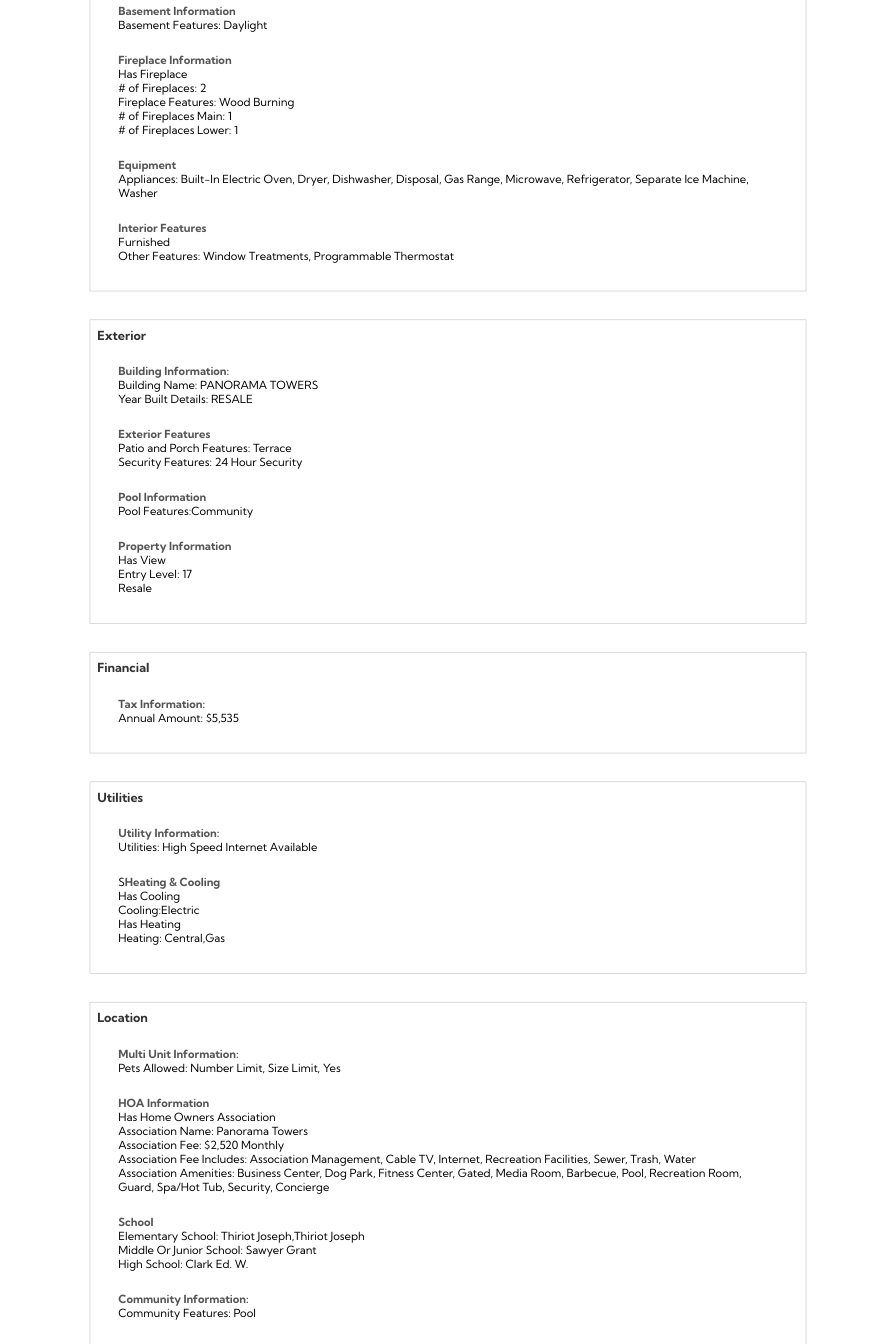
Repository: MrAllin1/ProgWWW_23_Gr1
Page: pages/House1.html
The author's editor kept a copy of each file at every save. The page is drawn from the files as they stood at one save, then again after the next save.
The browser window is 1280 px wide. The pictures show the part of the page from y = 2945 to 4865 px (the page is 5867 px tall before and 5797 px after), at 70% of full size.
A picture or video elsewhere on the page could not be fetched, so the positions and the page height are approximate. Some web libraries are served in a nearby version.

Above is the page before, as saved 2024-01-11 07:55:32.

After the next save:
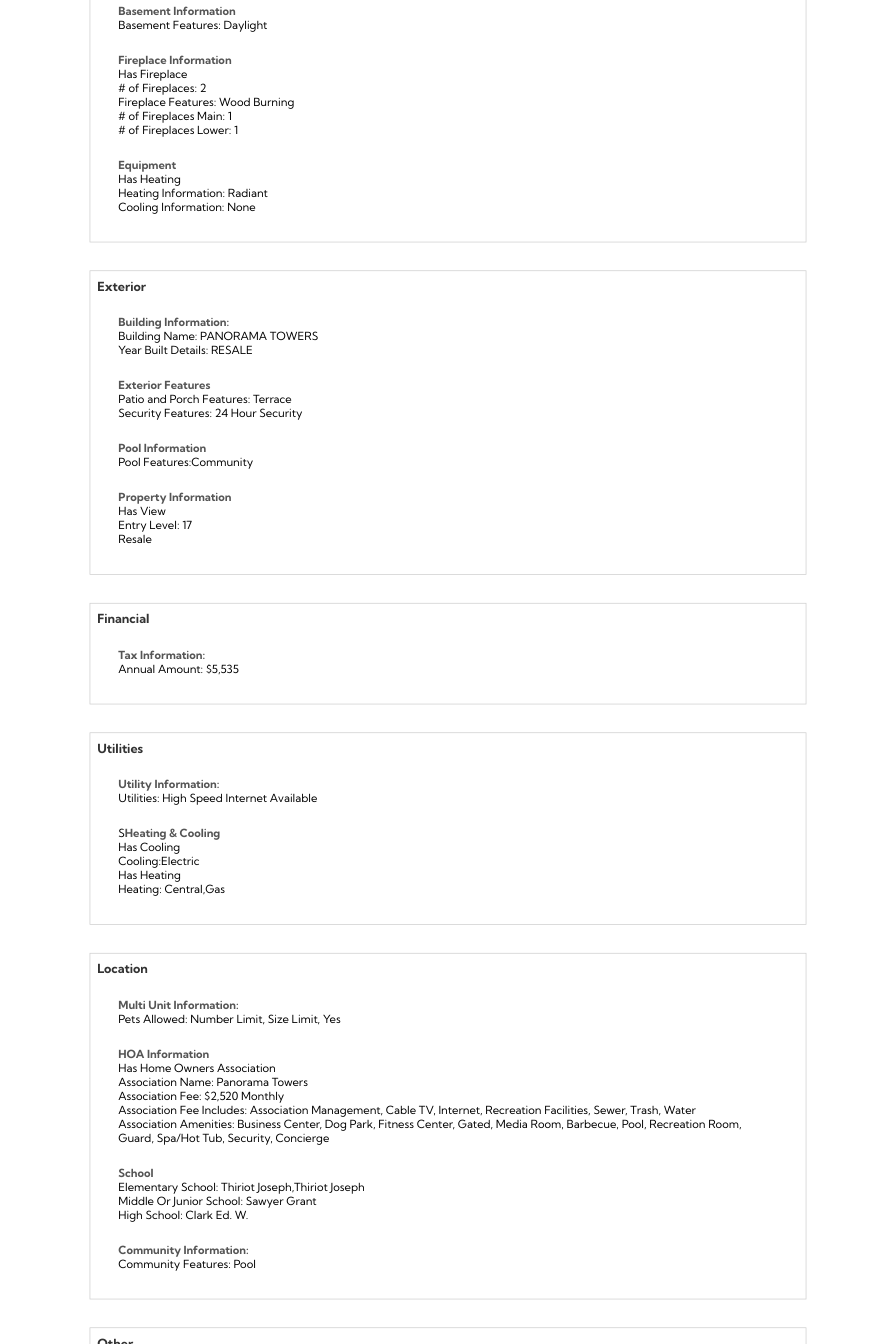
Saved 70 s later.
--- a/pages/House1.html
+++ b/pages/House1.html
@@ -139,8 +139,7 @@
                         <li><strong>Room 12 Information</strong></br> Room Type: Utility Room</br>Room Level: Lower</li>
                         <li><strong>Basement Information</strong> </br>Basement Features: Daylight</li>
                         <li><strong>Fireplace Information</strong></br> Has Fireplace</br> # of Fireplaces: 2</br>Fireplace Features: Wood Burning</br> # of Fireplaces Main: 1</br> # of Fireplaces Lower: 1</li>
-                        <li><strong>Equipment</strong></br> Appliances: Built-In Electric Oven, Dryer, Dishwasher, Disposal, Gas Range, Microwave, Refrigerator, Separate Ice Machine, Washer</li>
-                        <li><strong>Interior Features</strong></br>Furnished</br> Other Features: Window Treatments, Programmable Thermostat</li>
+                        <li><strong>Equipment</strong></br>Has Heating</br>Heating Information: Radiant</br>Cooling Information: None</li>
                     </ul>
                 </div>
             </div>
